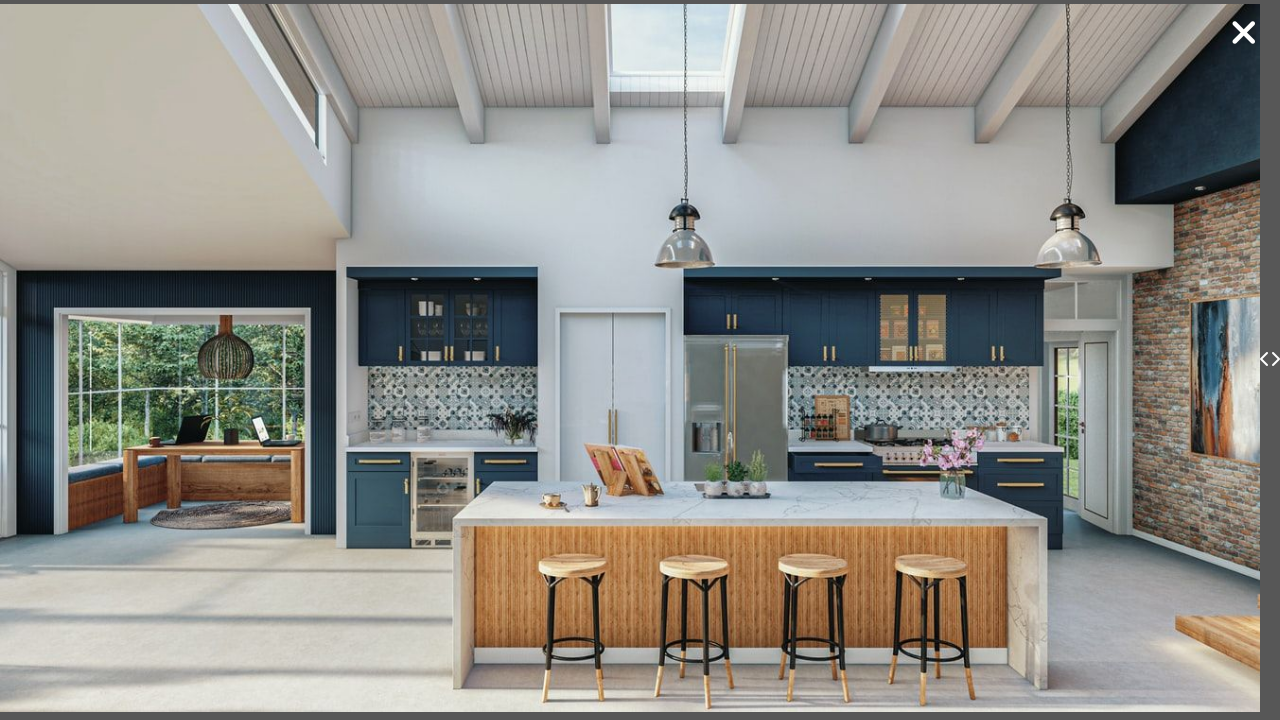
Repository: QUANGTHAI2003/images-gallery
Page: index.html
The author's editor kept a copy of each file at every save. The page is drawn from the files as they stood at one save, then again after the next save.
The browser window is 1280 px wide. The pictures show the whole page.

Above is the page before, as saved 2022-03-01 16:13:59.

### index.html
<!DOCTYPE html>
<html lang="en">
    <head>
        <meta charset="UTF-8" />
        <meta http-equiv="X-UA-Compatible" content="IE=edge" />
        <meta name="viewport" content="width=device-width, initial-scale=1.0" />
        <title>Image Gallery</title>
        <link rel="stylesheet" href="./style.css" />
        <link
            rel="stylesheet"
            href="https://cdnjs.cloudflare.com/ajax/libs/font-awesome/6.0.0/css/all.min.css"
        />
    </head>
    <body>
        <div class="wrapper">
            <div class="image">
                <img src="./img/img1.jpeg" alt="" />
            </div>
            <div class="image">
                <img src="./img/img2.jpeg" alt="" />
            </div>
            <div class="image">
                <img src="./img/img3.jpeg" alt="" />
            </div>
            <div class="image">
                <img src="./img/img4.jpeg" alt="" />
            </div>
            <div class="image">
                <img src="./img/img5.jpeg" alt="" />
            </div>
            <div class="image">
                <img src="./img/img6.jpeg" alt="" />
            </div>
            <div class="image">
                <img src="./img/img7.jpeg" alt="" />
            </div>
            <div class="image">
                <img src="./img/img8.jpeg" alt="" />
            </div>
        </div>

        <div class="gallery">
            <i class="fas fa-times close"></i>
            <div class="gallery-inner">
                <img src="./img/img8.jpeg" alt="" />
            </div>
            <div class="control prev">
                <i class="fas fa-chevron-left"></i>
            </div>
            <div class="control follow">
                <i class="fas fa-chevron-right"></i>
            </div>
        </div>
    </body>
    <script src="./app.js"></script>
</html>

### style.css
* {
    margin: 0;
    padding: 0;
    box-sizing: border-box;
}

body {
    height: 100vh;
    background: #dadada;
    overflow: hidden;
    display: flex;
    justify-content: center;
    align-items: center;
}

.wrapper {
    width: 1200px;
    display: flex;
    flex-wrap: wrap;
    margin: auto;
    justify-content: space-between;
}

img {
    width: 100%;
    height: 100%;
    object-position: center;
    object-fit: cover;
    transition: 0.5s;
}

.image {
    width: 22%;
    height: 200px;
    border-radius: 4px;
    overflow: hidden;
    margin: 20px 0;
}

.image:hover img {
    transform: scale(1.2);
}

.gallery {
    position: fixed;
    width: 100%;
    height: 100%;
    background: rgba(0, 0, 0, 0.6);
    display: flex;
    justify-content: center;
    align-items: center;
    color: white;
}

.close {
    position: fixed;
    top: 15px;
    right: 25px;
    font-size: 36px;
}

Loaded but not shown: app.js (no stored copy; drawn as an empty file)

After the next save:
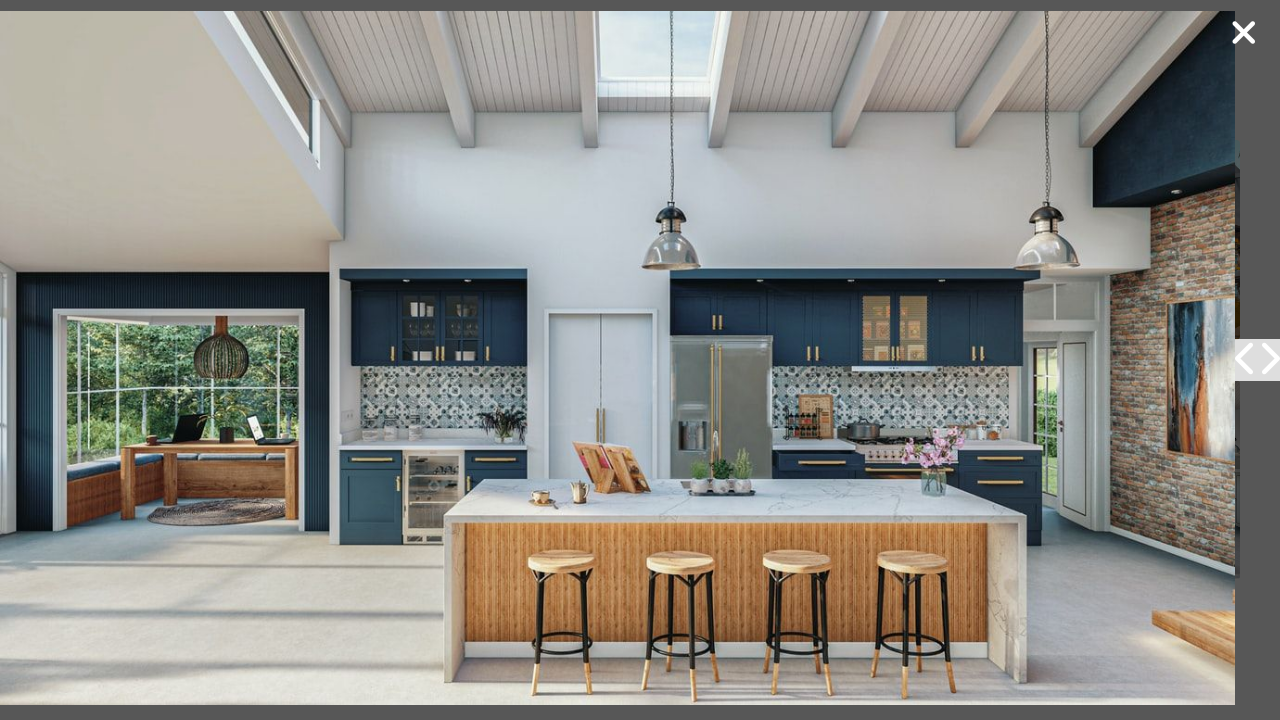
Saved 71 s later.
--- a/style.css
+++ b/style.css
@@ -58,3 +58,8 @@ img {
     right: 25px;
     font-size: 36px;
 }
+
+.control {
+    font-size: 36px;
+    background: rgba(255, 255, 255, 0.8);
+}
